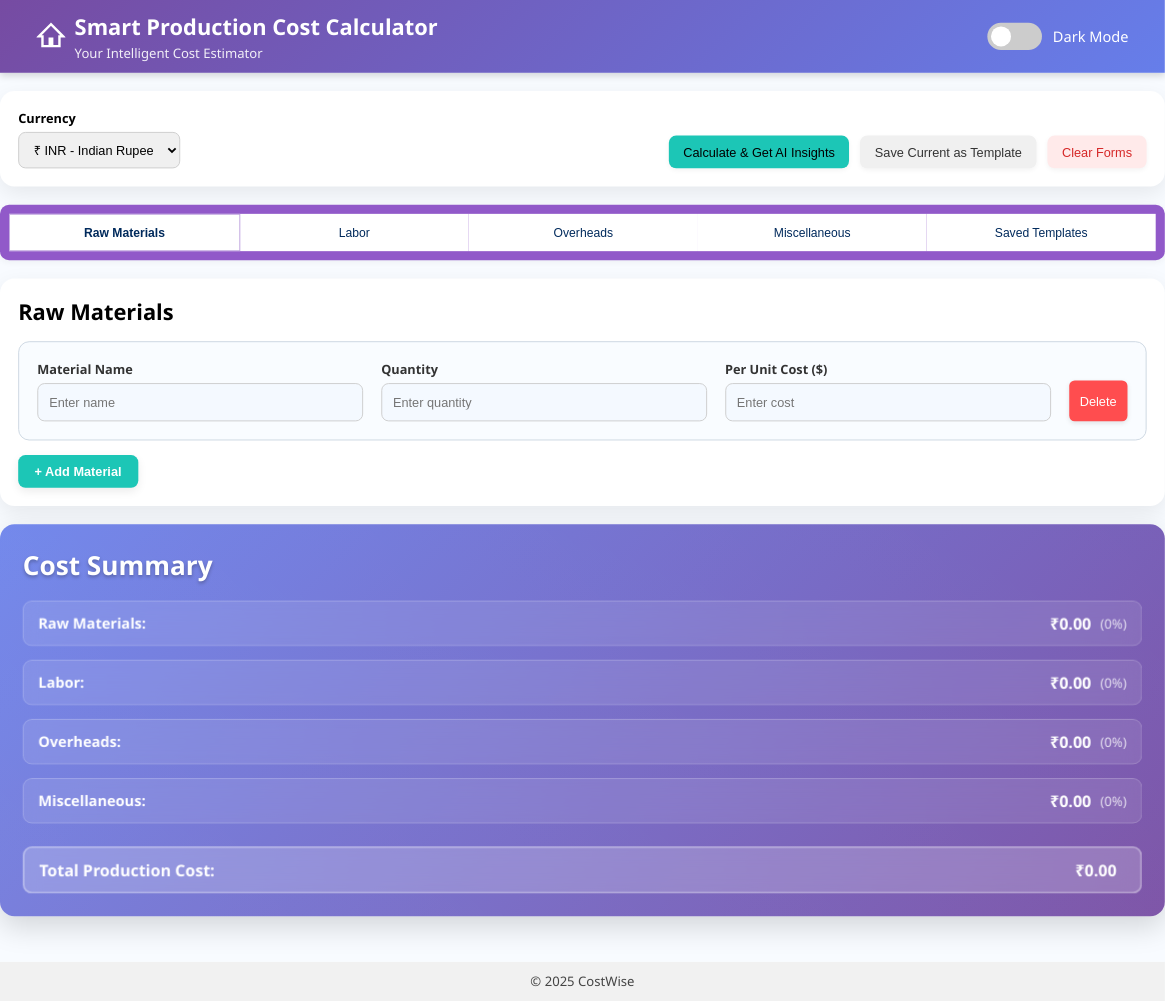
Repository: syntaxion25/COSTWISE
Page: index.html
An editor plug-in stored every save of this project. The page is shown before and after the next save, followed by the edit.
The browser window is 1280 px wide. The pictures show the whole page, at 91% of full size.

Above is the page before, as saved 2025-06-13 19:41:55.
Console error: ReferenceError: savedTemplates is not defined

### index.html
<!DOCTYPE html>
<html lang="en">

<head>
    <meta charset="UTF-8" />
    <meta name="viewport" content="width=device-width, initial-scale=1.0" />
    <title>CostWise</title>
    <link rel="stylesheet" href="style.css" />
</head>

<body>
    <header>
  <div class="container">
    <div class="header-left">
      <svg class="logo" viewBox="0 0 24 24" fill="none">
        <!-- SVG path -->
        <path d="M12 2L2 12h3v8h6v-6h2v6h6v-8h3L12 2z" stroke="currentColor" stroke-width="2"/>
      </svg>
      <div>
        <h1>Smart Production Cost Calculator</h1>
        <p class="slogan">Your Intelligent Cost Estimator</p>
      </div>
    </div>
    <div class="header-right">
      <div class="toggle-container">
        <label class="switch">
          <input type="checkbox" id="nightToggle">
          <span class="slider"></span>
        </label>
        <span class="label-text">Dark Mode</span>
      </div>
    </div>
  </div>
</header>


    <main>
        <div class="card-container">
            <div class="card-header">
                <div class="currency-select">
                    <label for="currency">Currency</label>
                    <select id="currency">
                        <option value="INR">₹ INR - Indian Rupee</option>
                        <option value="EUR">€ EUR - Euro</option>
                        <option value="USD">$ USD - US Dollar</option>
                    </select>
                </div>
                <div class="button-group">
                    <button onclick="calculateAI()" class="btn primary">Calculate & Get AI Insights</button>
                    <button onclick="openSaveModal()" class="btn secondary">Save Current as Template</button>
                    <button onclick="clearForms()" class="btn danger">Clear Forms</button>
                </div>
            </div>
        </div>

        <div class="tab-wrapper">
            <div class="tab-container">
                <button class="tab" data-tab="materials_parent">Raw Materials</button>
                <button class="tab" data-tab="labor_parent">Labor</button>
                <button class="tab" data-tab="overheads_parent">Overheads</button>
                <button class="tab" data-tab="tab4">Miscellaneous</button>
                <button class="tab" data-tab="tab5">Saved Templates</button>
            </div>
        </div>

        <!-- Raw Materials -->
        <div id="materials_parent" class="raw-materials-card">
            <h2>Raw Materials</h2>
            <div class="outlined-wrapper material-block">
                <div class="material-inputs-labeled">
                    <div class="input-group">
                        <label>Material Name</label>
                        <input type="text" placeholder="Enter name" id="material_name" class="material-name" />
                    </div>
                    <div class="input-group">
                        <label>Quantity</label>
                        <input type="number" placeholder="Enter quantity" id="material_quantity" class="material-quantity" />
                    </div>
                    <div class="input-group">
                        <label>Per Unit Cost ($)</label>
                        <input type="number" placeholder="Enter cost" id="material_cost" class="material-cost" />
                    </div>
                    <button onclick="deleteElement(this)" class="delete-btn">Delete</button>
                </div>
            </div>
            <button onclick="createMaterialElement()" class="addbutton">+ Add Material</button>
        </div>

        <!-- Labor -->
        <div id="labor_parent" class="raw-materials-card">
            <h2>Labor Costs</h2>
            <div class="outlined-wrapper labor-block">
                <div class="material-inputs-labeled">
                    <div class="input-group">
                        <label>Hours Worked</label>
                        <input type="number" placeholder="Enter number of hours" id="labor_hours" class="labor-hours" />
                    </div>
                    <div class="input-group">
                        <label>Labor Cost</label>
                        <input type="number" placeholder="Enter the cost of labor" id="labor_cost" class="labor-cost" />
                    </div>
                    <button onclick="deleteElement(this)" class="delete-btn">Delete</button>
                </div>
            </div>
            <button onclick="createLaborElement()" class="addbutton">+ Add Labor</button>
        </div>

        <!-- Overheads -->
        <div id="overheads_parent" class="raw-materials-card">
            <h2>Overheads Costs</h2>
            <div class="outlined-wrapper overhead-block">
                <div class="material-inputs-labeled">
                    <div class="input-group">
                        <label>Hours Worked</label>
                        <input type="number" placeholder="Enter number of hours" id="overhead_hours" class="overhead-hours" />
                    </div>
                    <div class="input-group">
                        <label>Labor Cost</label>
                        <input type="number" placeholder="Enter the cost of labor" id="overhead_cost" class="overhead-cost" />
                    </div>
                    <button onclick="deleteElement(this)" class="delete-btn">Delete</button>
                </div>
            </div>
            <button onclick="createOverheadsElement()" class="addbutton">+ Add Overhead</button>
        </div>

        <!-- Miscellaneous -->
        <div id="miscellaneous_parent" class="raw-materials-card">
            <h2>Miscellaneous Costs</h2>
            <div class="outlined-wrapper miscellaneous-block">
                <div class="material-inputs-labeled">
                    <div class="input-group">
                        <label>Total Miscellaneous Costs</label>
                        <input type="number" placeholder="Enter total miscellaneous costs" id="miscellaneous_costs" class="miscellaneous-costs" />
                    </div>
                </div>
            </div>
        </div>

        <!-- Saved Templates -->
        <div id="saved_templates" class="raw-materials-card">
            <h2>Saved Templates</h2>
            <div class="outlined-wrapper saved-templates-block">
                <div class="template-list">
                    <p class="no-templates">No saved templates yet. Create and save a template to see it here.</p>
                </div>
            </div>
        </div>
    </main>

    <footer>
        <p>&copy; 2025 CostWise</p>
    </footer>

    <script src="app.js"></script>
</body>
</html>

### style.css
* {
  margin: 0;
  padding: 0;
  box-sizing: border-box;
}

body {
  font-family: 'Segoe UI', sans-serif;
  background-color: #f8fbff;
  padding-top: 80px; /* space for fixed header */
}

header {
  position: fixed;
  top: 0;
  width: 100%;
  background: linear-gradient(135deg, #764ba2 0%, #667eea 100%);
  color: white;
  padding: 12px 20px;
  box-shadow: 0 3px 8px rgba(0, 0, 0, 0.15);
  z-index: 1000;
}

.container {
  display: flex;
  justify-content: space-between;
  align-items: center;
  max-width: 1200px;
  margin: 0 auto;
}

.header-left {
  display: flex;
  align-items: center;
  gap: 10px;
}

.logo {
  width: 32px;
  height: 32px;
  stroke: white;
}

.header-left h1 {
  margin: 0;
  font-size: 1.5rem;
  font-weight: 600;
}

.header-right p {
  margin: 0;
  font-size: 0.9rem;
  opacity: 0.9;
  text-align: right;
}

@media (max-width: 600px) {
  .container {
    flex-direction: column;
    align-items: flex-start;
    gap: 8px;
  }

  .header-right p {
    text-align: left;
  }
}

footer {
  margin-top: 50px;
  text-align: center;
  padding: 12px;
  background-color: #f1f1f1;
  font-size: 0.9rem;
  color: #444;
}

/* Card Styles */
.card-container {
  background: #fff;
  padding: 20px;
  margin: 20px auto;
  border-radius: 16px;
  box-shadow: 0 8px 24px rgba(0, 0, 0, 0.08);
  max-width: 1400px;
}

/* Cost Summary Card */
.cost-summary-card {
  background: linear-gradient(135deg, #667eea 0%, #764ba2 100%);
  color: white;
  padding: 25px;
  margin: 20px auto;
  border-radius: 16px;
  box-shadow: 0 12px 32px rgba(0, 0, 0, 0.15);
  max-width: 1400px;
  position: relative;
  overflow: hidden;
}

.cost-summary-card::before {
  content: '';
  position: absolute;
  top: 0;
  left: 0;
  right: 0;
  bottom: 0;
  background: linear-gradient(45deg, rgba(255,255,255,0.1) 0%, rgba(255,255,255,0.05) 100%);
  pointer-events: none;
}

.cost-summary-card h2 {
  margin-bottom: 20px;
  font-size: 1.8rem;
  font-weight: 700;
  text-shadow: 0 2px 4px rgba(0,0,0,0.3);
}

.cost-breakdown {
  display: flex;
  flex-direction: column;
  gap: 15px;
}

.cost-item {
  display: flex;
  justify-content: space-between;
  align-items: center;
  padding: 12px 16px;
  background: rgba(255, 255, 255, 0.1);
  border-radius: 10px;
  backdrop-filter: blur(10px);
  border: 1px solid rgba(255, 255, 255, 0.2);
  transition: all 0.3s ease;
}

.cost-item:hover {
  background: rgba(255, 255, 255, 0.15);
  transform: translateY(-2px);
}

.cost-item.total-cost {
  background: rgba(255, 255, 255, 0.2);
  border: 2px solid rgba(255, 255, 255, 0.3);
  font-weight: 700;
  font-size: 1.1rem;
  margin-top: 10px;
}

.cost-label {
  font-weight: 600;
  flex: 1;
}

.cost-value {
  font-weight: 700;
  font-size: 1.1rem;
  margin-right: 10px;
}

.cost-percentage {
  font-size: 0.9rem;
  opacity: 0.8;
  font-weight: 500;
}

.card-header {
  display: flex;
  flex-wrap: wrap;
  justify-content: space-between;
  align-items: flex-end;
  gap: 20px;
}

/* Currency Dropdown */
.currency-select label {
  display: block;
  font-weight: 600;
  margin-bottom: 6px;
  font-size: 14px;
}

.currency-select select {
  padding: 10px 12px;
  font-size: 14px;
  border: 1px solid #ccc;
  border-radius: 8px;
  background-color: #f0f0f0;
  transition: all 0.2s ease-in-out;
}

.currency-select select:hover {
  border-color: #00ddff;
  background-color: #fff;
  box-shadow: 0 0 4px rgba(28, 198, 182, 0.3);
}

/* Buttons */
.button-group {
  display: flex;
  gap: 12px;
  flex-wrap: wrap;
}

.btn {
  padding: 10px 16px;
  font-size: 14px;
  font-weight: 500;
  border: none;
  border-radius: 8px;
  cursor: pointer;
  transition: all 0.2s ease-in-out;
  box-shadow: 0 2px 6px rgba(0,0,0,0.05);
}

.btn:hover {
  transform: translateY(-2px);
  box-shadow: 0 4px 12px rgba(0,0,0,0.1);
}

.btn.primary {
  background-color: #1cc6b6;
  color: rgb(0, 0, 0);
}

.btn.primary:hover {
  background-color: #00ddff;
}

.btn.secondary {
  background-color: #f0f0f0;
  color: #333;
}

.btn.secondary:hover {
  background-color: #e0e0e0;
}

.btn.danger {
  background-color: #ffeaea;
  color: #d62828;
}

.btn.danger:hover {
  background-color: #ffcccc;
}

svg {
  width: 24px;
  height: 24px;
}

.tab-wrapper {
  max-width: 1400px;
  margin: 20px auto;
}

.tab-container {
  display: flex;
 background-color:  #9159c9;
  border-radius: 10px;
  padding: 10px;
  overflow-x: auto;
  box-shadow: 0 2px 8px rgba(0, 0, 0, 0.05);
}

.tab {
  flex: 1;
   background-color:  #ffffff;
  padding: 12px 16px;
  text-align: center;
  color: #002a5c;
  font-weight: 500;
  text-decoration: none;
  transition: background-color 0.3s, font-weight 0.3s;
  white-space: nowrap;
  border : none;
}

.tab:hover {
  background-color: #c870e6;
}

.tab.active {
  background-color: #ffffff;
  font-weight: bold;
  border: 1.5px solid #bfa4de;
}

.tab.saved-template::before {
  content: "📁";
  margin-right: 6px;
}

.raw-materials-card {
  background: #fff;
  padding: 20px;
  margin: 20px auto;
  width: auto;
  border-radius: 16px;
  box-shadow: 0 8px 24px rgba(0, 0, 0, 0.08);
  max-width: 1400px;
  /* display: none; */
}

.outlined-wrapper {
  border: 1.5px solid #cbd5e1;
  border-radius: 12px;
  padding: 20px;
  margin-top: 16px;
  background-color: #f9fcff;
}

.material-inputs-labeled {
  display: flex;
  gap: 20px;
  flex-wrap: wrap;
}

.input-group {
  display: flex;
  flex-direction: column;
  flex: 1;
  min-width: 200px;
}

.input-group label {
  font-weight: 600;
  margin-bottom: 6px;
  font-size: 14px;
  color: #333;
}

.input-group input {
  padding: 12px;
  border: 1px solid #ccc;
  border-radius: 8px;
  font-size: 14px;
  background-color: #f4f9ff;
  transition: border-color 0.3s, background-color 0.3s;
}

.input-group input:focus {
  border-color: #007bff;
  background-color: #fff;
  outline: none;
}

.addbutton{
  margin-top: 16px;
  padding: 10px 18px;
  font-size: 14px;
  font-weight: 600;
  color: #fff;
  background-color: #1cc6b6;
  border: none;
  border-radius: 8px;
  cursor: pointer;
  transition: background-color 0.3s ease, transform 0.2s;
  box-shadow: 0 4px 10px rgba(0, 0, 0, 0.08);
}

.addbutton:hover {
  background-color: #00bfa6;
  transform: translateY(-2px);
}

.delete-btn {
  background-color: #ff4d4f;
  color: white;
  border: none;
  border-radius: 6px;
  padding: 8px 12px;
  font-size: 14px;
  cursor: pointer;
  transition: background-color 0.2s ease, transform 0.2s;
  margin-top: 22px;
  box-shadow: 0 2px 6px rgba(0, 0, 0, 0.1);
}

.delete-btn:hover {
  background-color: #e60000;
  transform: scale(1.05);
}

/* ========== NIGHT MODE ========== */
body.dark-mode {
  background-color: #121212;
  color: #e0e0e0;
}

body.dark-mode header {
  background-color: #1f1f1f;
  color: white;
}

body.dark-mode .logo {
  stroke: white;
}

body.dark-mode footer {
  background-color: #1f1f1f;
  color: #ccc;
}

body.dark-mode .card-container,
body.dark-mode .raw-materials-card,
body.dark-mode .outlined-wrapper {
  background-color: #1e1e1e;
  border-color: #333;
  color: #e0e0e0;
}

body.dark-mode .cost-summary-card {
  background: linear-gradient(135deg, #2d3748 0%, #4a5568 100%);
  color: #e2e8f0;
}

body.dark-mode .cost-item {
  background: rgba(255, 255, 255, 0.05);
  border: 1px solid rgba(255, 255, 255, 0.1);
}

body.dark-mode .cost-item:hover {
  background: rgba(255, 255, 255, 0.1);
}

body.dark-mode .cost-item.total-cost {
  background: rgba(255, 255, 255, 0.1);
  border: 2px solid rgba(255, 255, 255, 0.2);
}

body.dark-mode .tab-container {
  background-color: #2c2c2c;
}

body.dark-mode .tab {
  background-color: #2c2c2c;
  color: #a0c4ff;
}

body.dark-mode .tab:hover {
  background-color: #444;
}

body.dark-mode .tab.active {
  background-color: #333;
  border-color: #555;
}

body.dark-mode input,
body.dark-mode select {
  background-color: #2c2c2c;
  color: #f0f0f0;
  border: 1px solid #555;
}

body.dark-mode input::placeholder,
body.dark-mode select::placeholder {
  color: #aaa;
}


body.dark-mode .btn,
body.dark-mode .addbutton {
  background-color: #333;
  color: #fff;
  border-color: #444;
}

body.dark-mode .btn.primary {
  background-color: #007bff;
  color: white;
}

body.dark-mode .btn.secondary {
  background-color: #444;
  color: #fff;
}

body.dark-mode .btn.danger {
  background-color: #a32020;
  color: white;
}

body.dark-mode .delete-btn {
  background-color: #cc0000;
}

body.dark-mode .delete-btn:hover {
  background-color: #ff1a1a;
}

.tab-content {
  display: none;
  max-width: 1400px;
  margin: 20px auto;
}

.tab-content.active {
  display: block;
}

.theme-toggle-wrapper {
  position: fixed;
  top: 16px;
  right: 16px;
  z-index: 1001;
}

.dark-toggle {
  font-size: 1.2rem;
  background: none;
  border: none;
  color: white;
  cursor: pointer;
}

.toggle-container {
  display: flex;
  align-items: center;
  gap: 12px;
}

.switch {
  position: relative;
  display: inline-block;
  width: 60px;
  height: 30px;
}

.switch input {
  opacity: 0;
  width: 0;
  height: 0;
}

.slider {
  position: absolute;
  top: 0;
  left: 0;
  right: 0;
  bottom: 0;
  background-color: #ccc;
  border-radius: 34px;
  transition: background-color 0.4s;
  cursor: pointer;
}

.slider::before {
  content: "";
  position: absolute;
  height: 22px;
  width: 22px;
  left: 4px;
  bottom: 4px;
  background-color: white;
  border-radius: 50%;
  transition: transform 0.4s;
}

/* Toggle ON */
input:checked + .slider {
  background-color: #4a4a4a;
}

input:checked + .slider::before {
  transform: translateX(30px);
}

/* Responsive Design for Cost Summary */
@media (max-width: 768px) {
  .cost-item {
    flex-direction: column;
    text-align: center;
    gap: 8px;
  }

  .cost-label, .cost-value, .cost-percentage {
    margin: 0;
  }

  .cost-summary-card {
    margin: 15px;
    padding: 20px;
  }

  .cost-summary-card h2 {
    font-size: 1.5rem;
  }
}

/* Slogan under title */
.slogan {
  font-size: 0.9rem;
  opacity: 0.9;
  margin-top: 4px;
}

/* Adjust for mobile */
@media (max-width: 600px) {
  .header-left {
    flex-direction: column;
    align-items: flex-start;
  }

  .slogan {
    text-align: left;
  }

  .header-right {
    width: 100%;
    display: flex;
    justify-content: flex-end;
  }

  .toggle-container {
    justify-content: flex-end;
    width: 100%;
  }
}

/* Updated Dark Mode Gradient */
body.dark-mode header {
  background: linear-gradient(135deg, #2c2c2c 0%, #434343 100%);
}

body.dark-mode .input-group label {
  color: #ffffff;
}

Loaded but not shown: app.js (595 lines, source omitted)

After the next save:
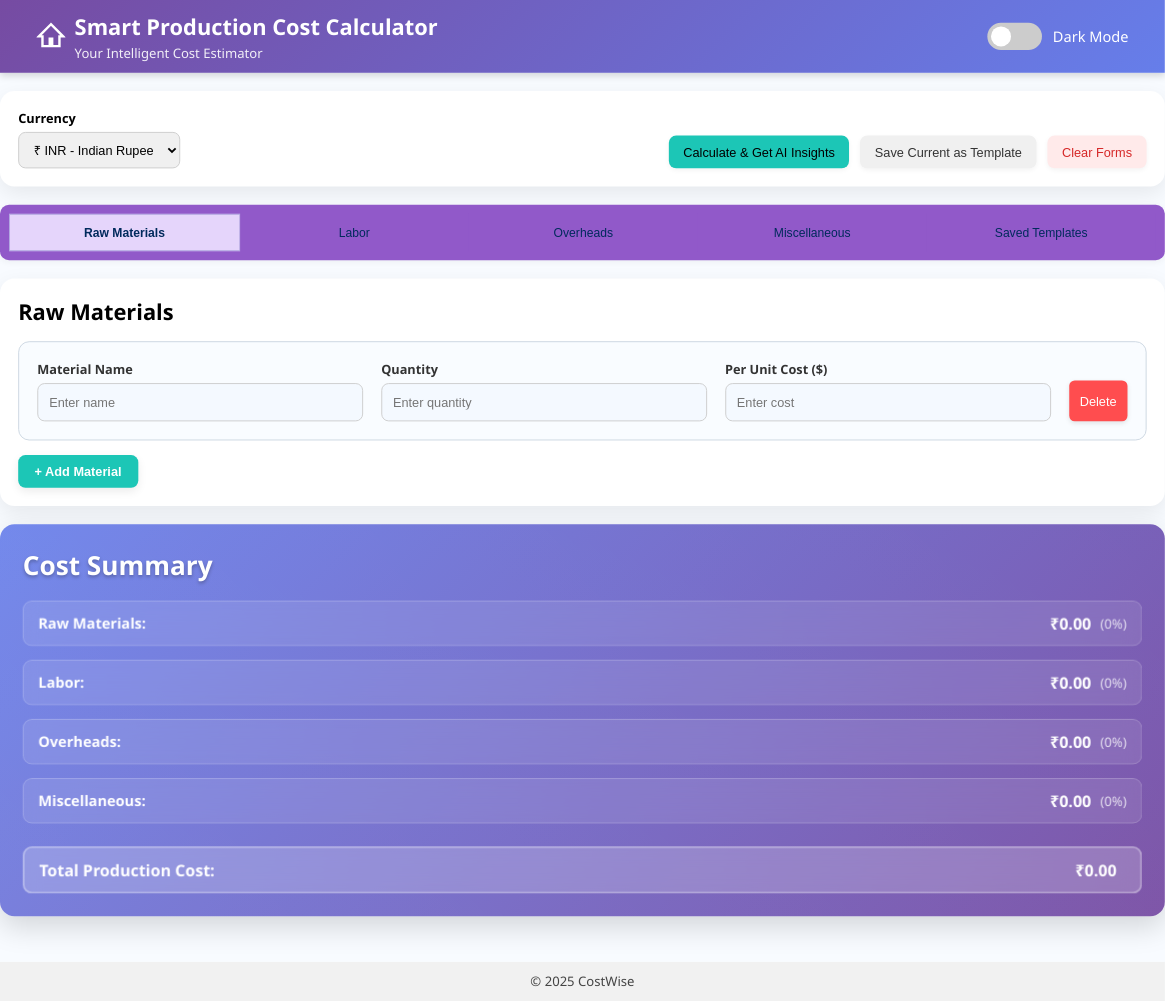
Saved 4 min 25 s later.
--- a/style.css
+++ b/style.css
@@ -266,7 +266,7 @@ svg {
 
 .tab {
   flex: 1;
-   background-color:  #ffffff;
+   background-color:  #9159c9;
   padding: 12px 16px;
   text-align: center;
   color: #002a5c;
@@ -282,9 +282,9 @@ svg {
 }
 
 .tab.active {
-  background-color: #ffffff;
+  background-color: #e5d5fb;
   font-weight: bold;
-  border: 1.5px solid #bfa4de;
+  border: 1.5px solid #afa4de;
 }
 
 .tab.saved-template::before {
